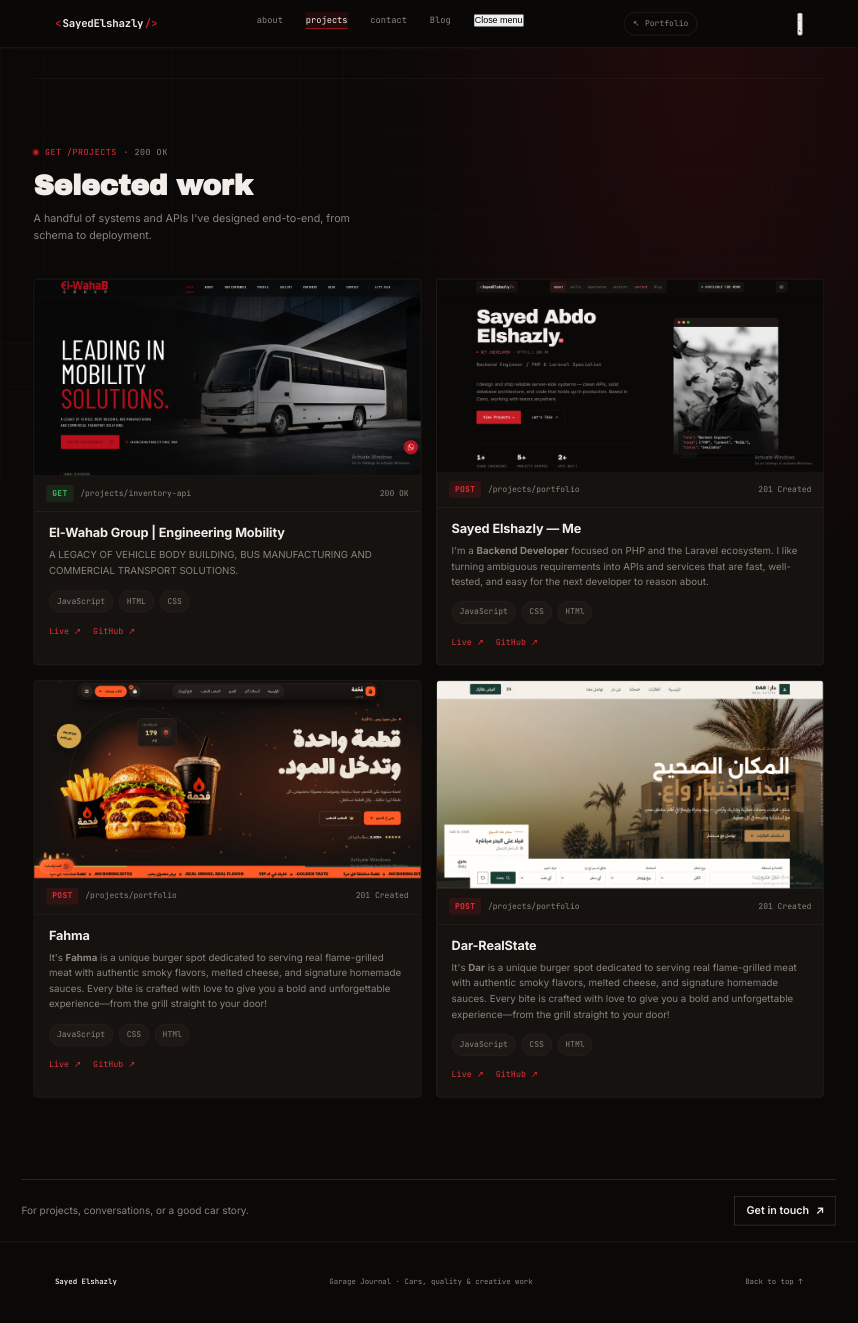
Repository: sayedelshazly/Portfolio.SE
Page: projects.html
The author's editor kept a copy of each file at every save. The page is drawn from the files as they stood at one save, then again after a run of saves.
The browser window is 1280 px wide. The pictures show the whole page, at 67% of full size.

Above is the page before, as saved 2026-10-31 09:10:36.
Console error: TypeError: Cannot read properties of null (reading 'addEventListener')

After the next 2 saves:
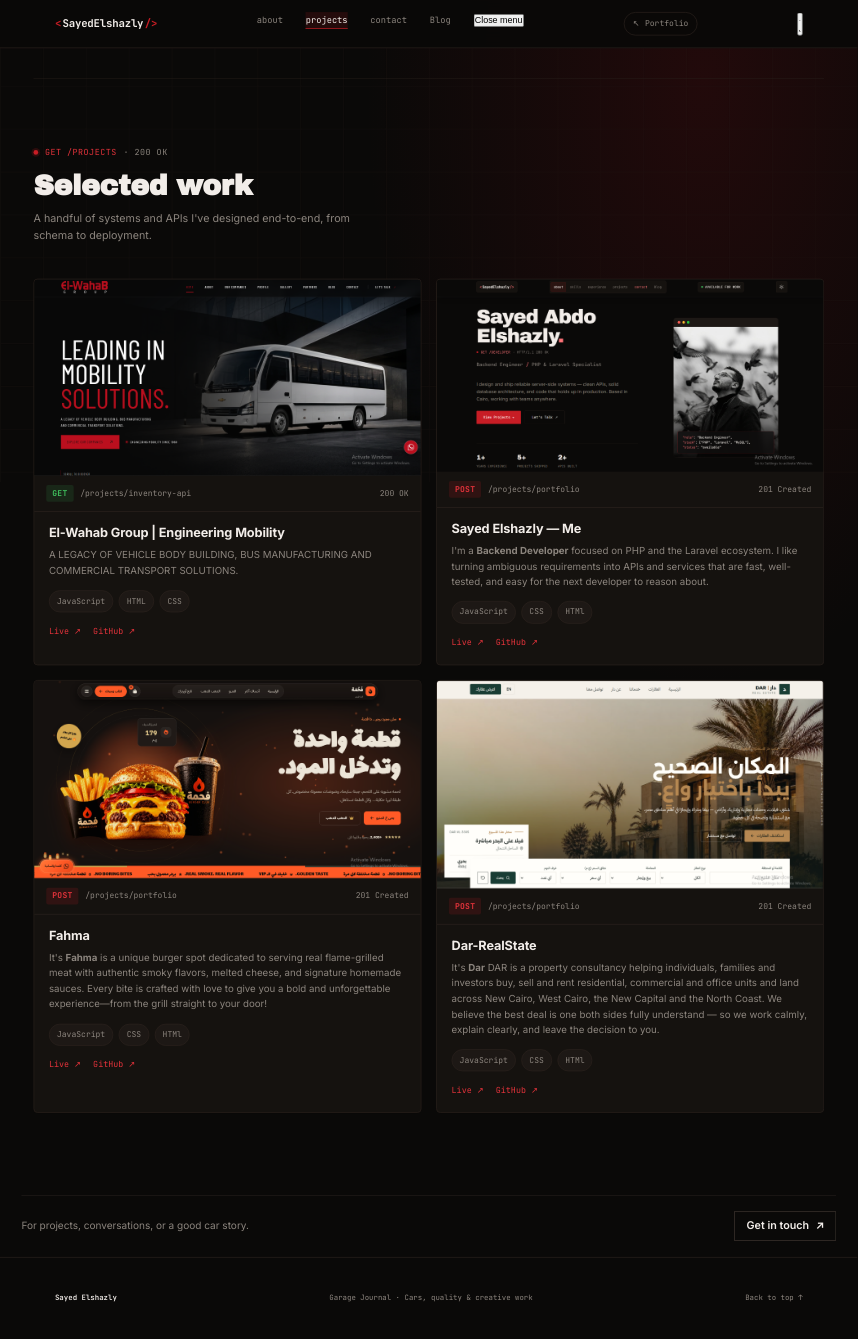
The 2 saves are shown as one change because they came seconds apart.
The last was saved 37 s later.
--- a/projects.html
+++ b/projects.html
@@ -174,10 +174,12 @@
                     </div>
                     <div class="pc-body">
                         <h3>Dar-RealState</h3>
-                        <p>It's <b>Dar</b> is a unique burger spot dedicated to serving real flame-grilled meat with
-                            authentic smoky flavors, melted cheese, and signature homemade sauces. Every bite is crafted
-                            with love to
-                            give you a bold and unforgettable experience—from the grill straight to your door!</p>
+                        <p>It's <b>Dar</b> DAR is a property consultancy helping individuals, families and investors
+                            buy, sell and rent residential, commercial and office units and land across New Cairo, West
+                            Cairo, the New Capital and the North Coast.
+
+                            We believe the best deal is one both sides fully understand — so we work calmly, explain
+                            clearly, and leave the decision to you.</p>
                         <div class="tag-row" style="margin-bottom:18px;">
                             <span class="tag">JavaScript</span><span class="tag">CSS</span><span class="tag">HTMl</span>
                         </div>
